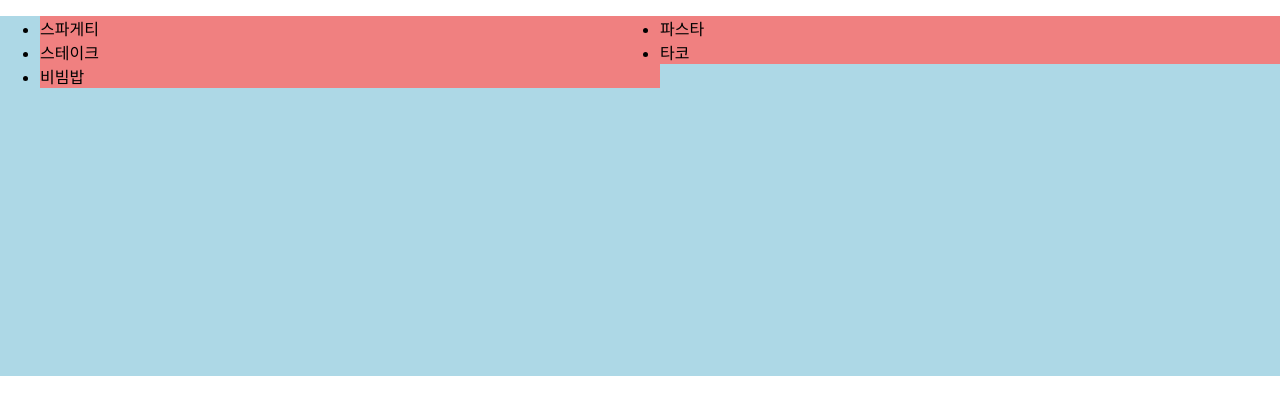
Repository: YEOMJINSEOP/playground
Page: / (app in practicegrid/)
The author's editor kept a copy of each file at every save. The page is drawn from the files as they stood at one save, then again after the next save.
The browser window is 1280 px wide. The pictures show the whole page.
The project was rebuilt for these pictures with package versions that can differ from the ones it lists, and the page was loaded fresh each time.

Above is the page before, as saved 2022-11-01 17:08:43.

### practicegrid/src/App.js
import './App.css';
import { useEffect } from 'react';

function App() {

  return (
    <div class='listContainer'>
      <ul>
        <li>스파게티</li>
        <li>파스타</li>
        <li>스테이크</li>
        <li>타코</li>
        <li>비빔밥</li>
      </ul>
    </div>
  )
}

export default App;

### practicegrid/src/App.css
.listContainer{
  width: 100%;
  height: 50vh;
  background-color: lightblue;


}

ul{
  display: grid;
  grid-template-columns: repeat(2, 1fr);
}

li{
  background-color: lightcoral;
}

Loaded but not shown: practicegrid/public/index.html (common file); practicegrid/src/index.js (common file); practicegrid/src/index.css (common file); practicegrid/src/reportWebVitals.js (common file)

After the next save:
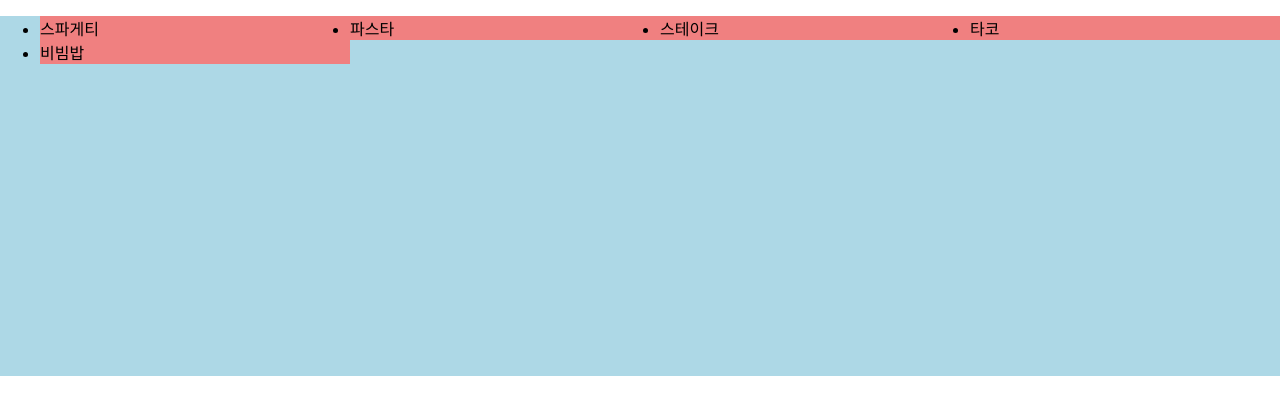
Saved 11 s later.
--- a/practicegrid/src/App.css
+++ b/practicegrid/src/App.css
@@ -8,7 +8,8 @@
 
 ul{
   display: grid;
-  grid-template-columns: repeat(2, 1fr);
+  grid-template-columns: repeat(4, 1fr);
+
 }
 
 li{
